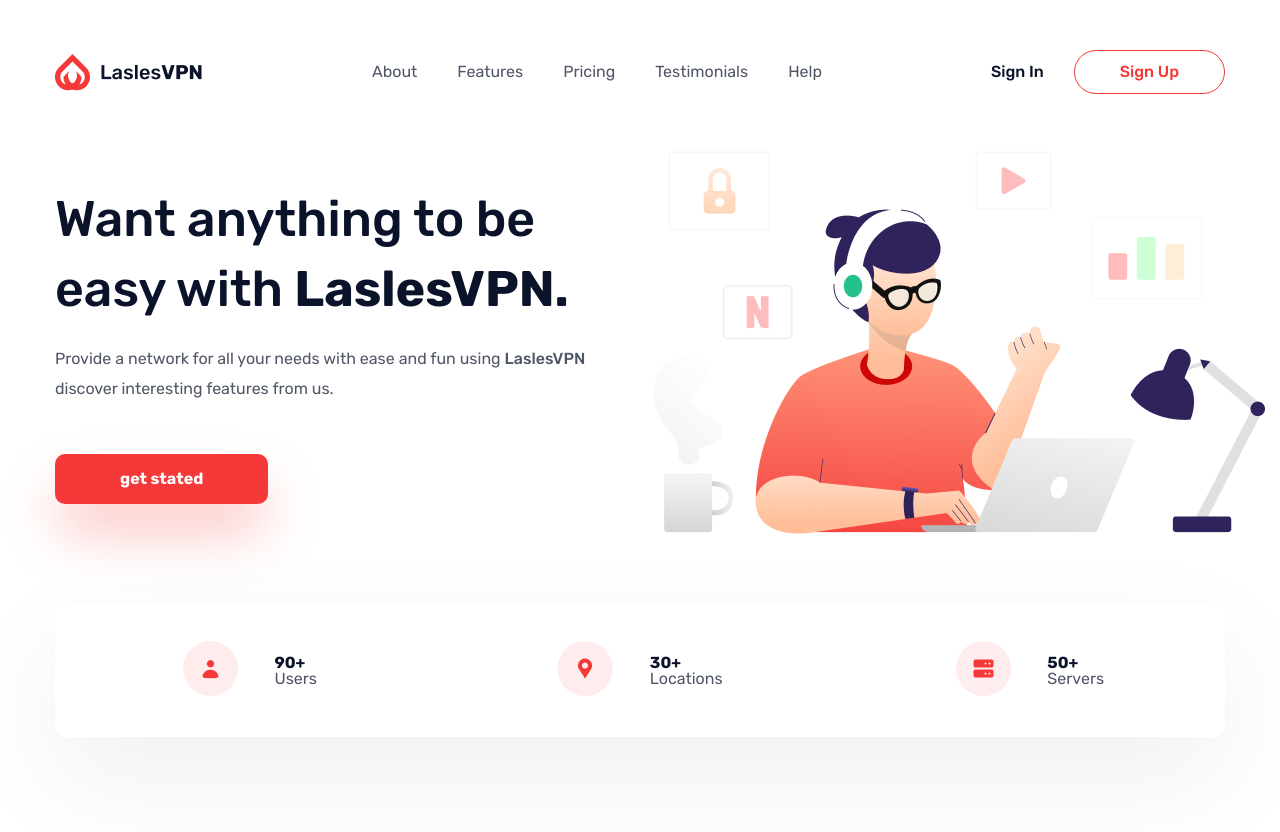
Repository: longvuht/lasles-VPN-vu
Page: index.html
The author's editor kept a copy of each file at every save. The page is drawn from the files as they stood at one save, then again after the next save.
The browser window is 1280 px wide. The pictures show the whole page.
The style sheet was rebuilt from its Sass, Less or Tailwind sources for each picture, by a compiler version that may differ from the author's.

Above is the page before, as saved 2022-09-10 17:16:18.

After the next save:
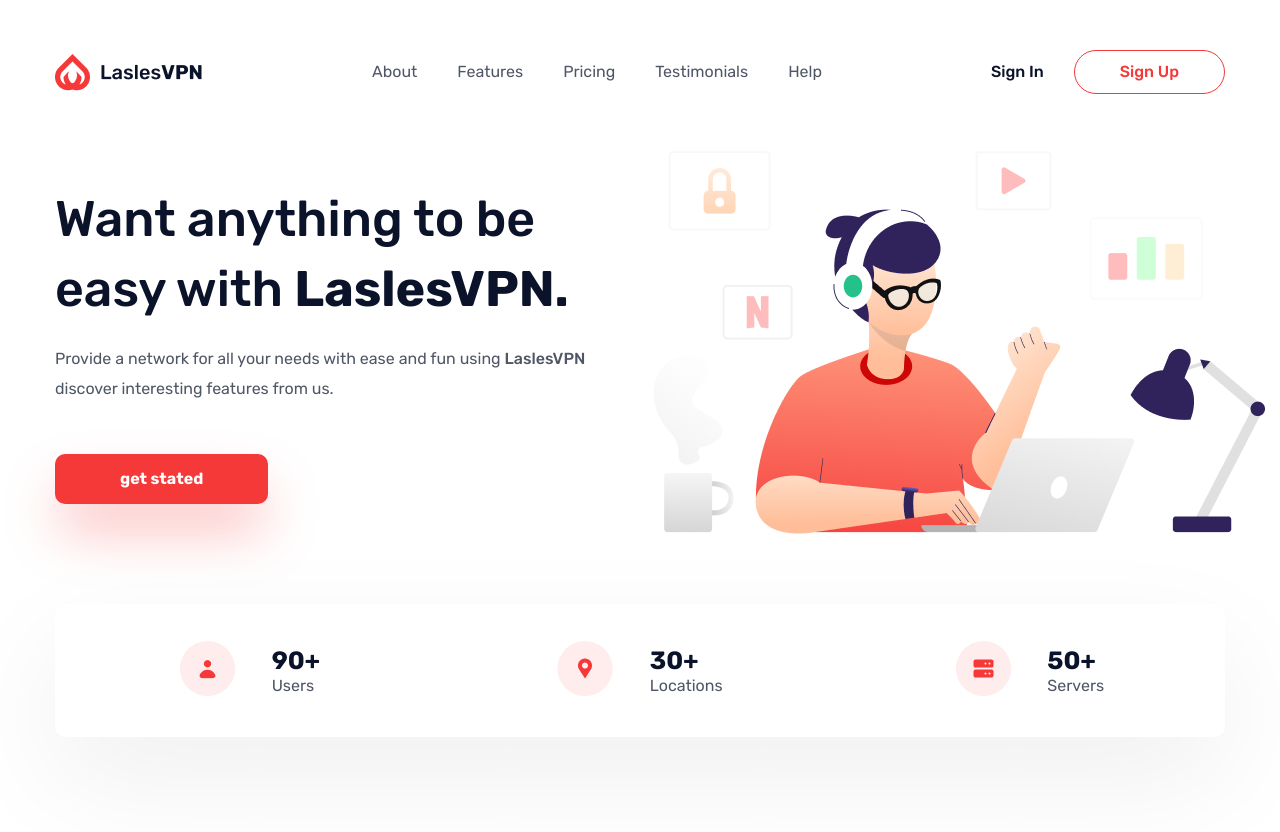
Saved 52 s later.
--- a/sass/_intro.scss
+++ b/sass/_intro.scss
@@ -14,4 +14,8 @@
     justify-content: center;
     gap: 0 36.5px;
   }
+  &-title {
+    font-size: 25px;
+    margin-bottom: 5px;
+  }
 }
